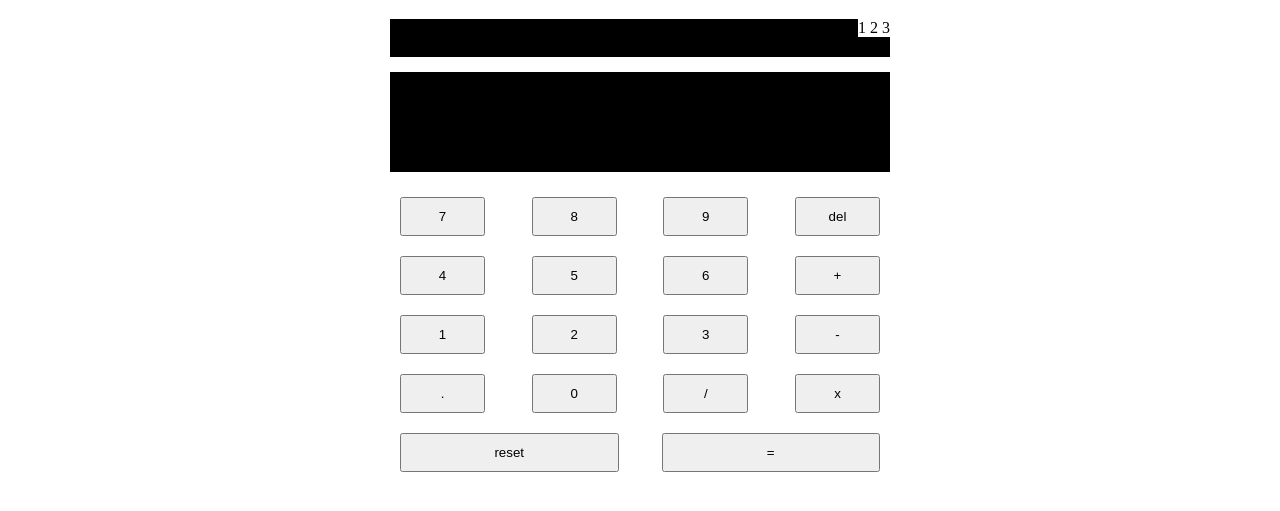
Repository: Eugene44-hub/basic-calculator
Page: index.html
An editor plug-in stored every save of this project. The page is shown before and after a run of saves, followed by the edit.
The browser window is 1280 px wide. The pictures show the whole page.

Above is the page before, as saved 2021-10-01 14:32:36.
Console error: SyntaxError: Unexpected end of input

### index.html
<!DOCTYPE html>
<html lang="en">

<head>
    <link rel="stylesheet" href="style.css">
    <meta charset="UTF-8">
    <meta http-equiv="X-UA-Compatible" content="IE=edge">
    <meta name="viewport" content="width=device-width, initial-scale=1.0">
    <title>Document</title>
</head>

<body>
    <div class="cal-container">

        <div class="theme">
            <div class="header">calc</div>
            <div class="theme-number">
                <span id="one">1</span>
                <span id="two">2</span>
                <span id="three">3</span>
                <div class="toggle"></div>
            </div>
        </div>
        <div class="output">

        </div>
        <div class="buttons">
            <button id="number-button">7</button>
            <button id="number-button">8</button>
            <button id="number-button">9</button>
            <button id="del-button">del</button>
            <button id="number-button">4</button>
            <button id="number-button">5</button>
            <button id="number-button">6</button>
            <button id="addition-button">+</button>
            <button id="number-button">1</button>
            <button id="number-button">2</button>
            <button id="number-button">3</button>
            <button id="minus-button">-</button>
            <button id="dot-button">.</button>
            <button id="number-button">0</button>
            <button id="division-button">/</button>
            <button id="multiply-button">x</button>
            <button id="reset-button">reset</button>
            <button id="equals-button">=</button>
        </div>
    </div>

    <script src="app.js"></script>
</body>

</html>

### style.css
* {
    padding: 0;
    margin: 0;
    box-sizing: border-box;
}

body {
    display: flex;
    height: 500px;
}

.theme {
    display: flex;
}

.toggle {
    background-color: black;
    height: 20px;
}

.header {
    flex: 50%;
    background-color: black;
}

.cal-container {
    margin: auto;
    width: 500px;
}

.buttons {
    display: flex;
    flex-wrap: wrap;
    justify-content: space-between;
}

button {
    flex-basis: 17%;
    padding: 10px;
    margin: 10px;
}

#reset-button,
#equals-button {
    flex-basis: 43.7%
}

.output {
    height: 100px;
    background-color: black;
    margin: 15px 0
}

Loaded but not shown: app.js (common file)

After the next 2 saves:
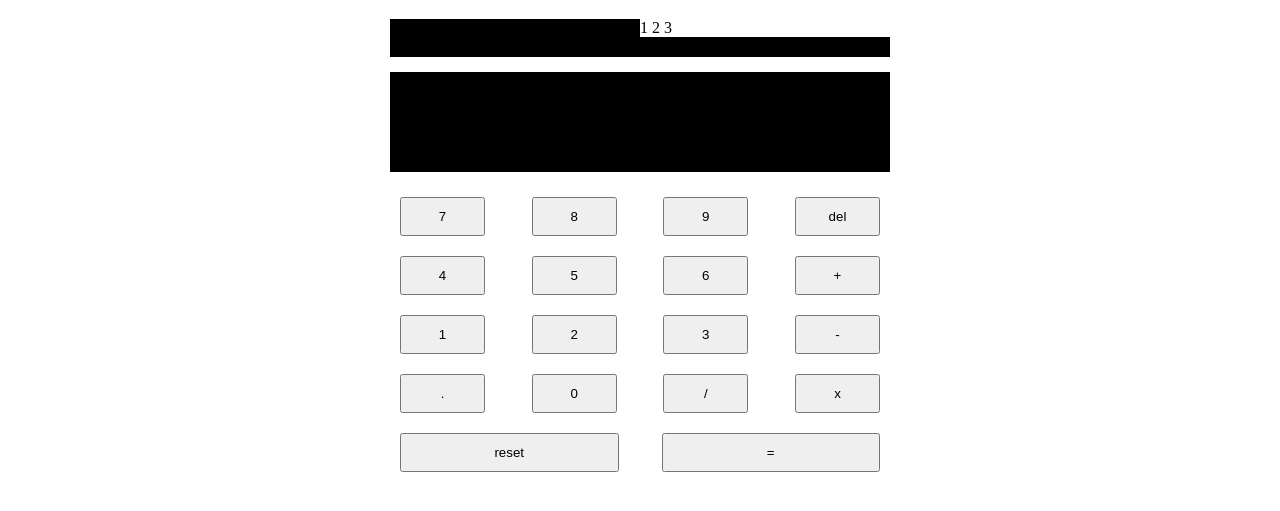
The 2 saves are shown as one change because they came seconds apart.
The last was saved 34 s later.
--- a/style.css
+++ b/style.css
@@ -21,6 +21,10 @@ body {
 .header {
     flex: 50%;
     background-color: black;
+}
+
+.theme-number {
+    flex: 50%;
 }
 
 .cal-container {
